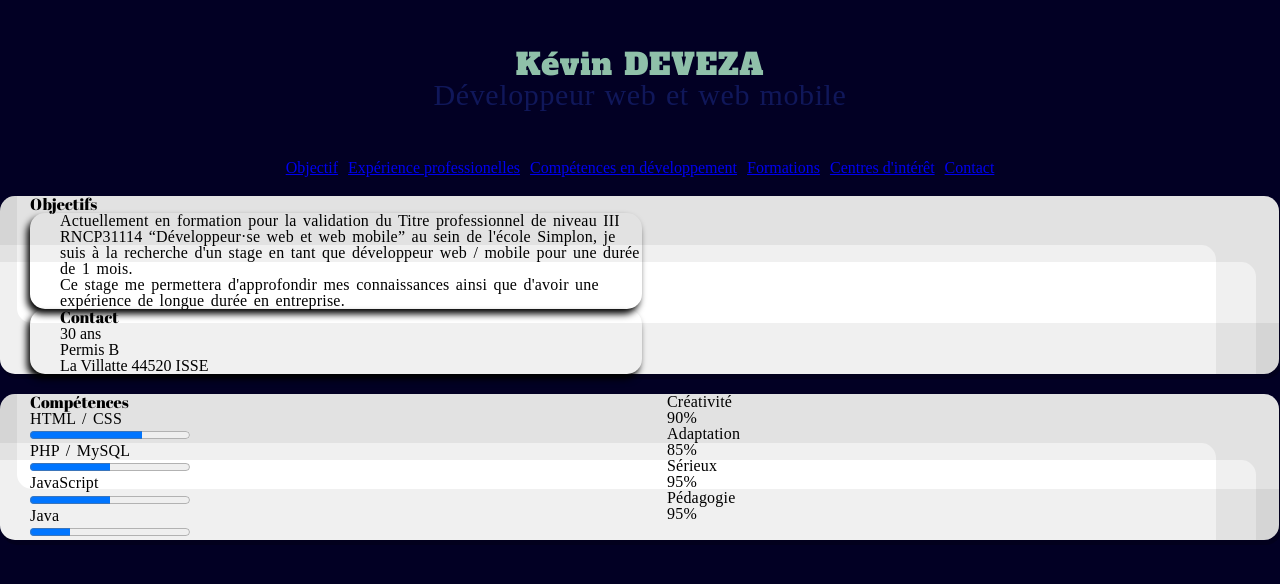
Repository: KevinDvZ/kevindvz.github.io
Page: index.html
The author's editor kept a copy of each file at every save. The page is drawn from the files as they stood at one save, then again after the next save.
The browser window is 1280 px wide. The pictures show the whole page.

Above is the page before, as saved 2020-10-28 07:24:42.

After the next save:
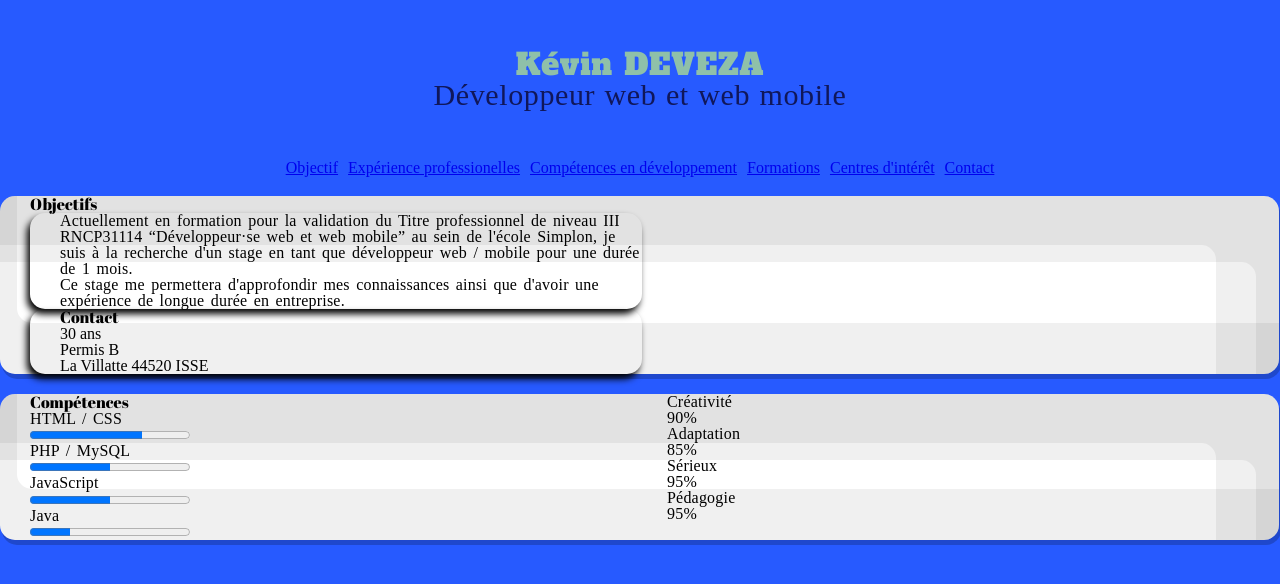
Saved 49 s later.
--- a/css/cv_deveza.css
+++ b/css/cv_deveza.css
@@ -52,7 +52,7 @@ p {
 }
 
 body {
-  background: rgb(2, 0, 36);
+  background: rgb(39, 90, 255);
   background: radial-gradient(
     90deg,
     rgba(2, 0, 36, 1) 0%,
